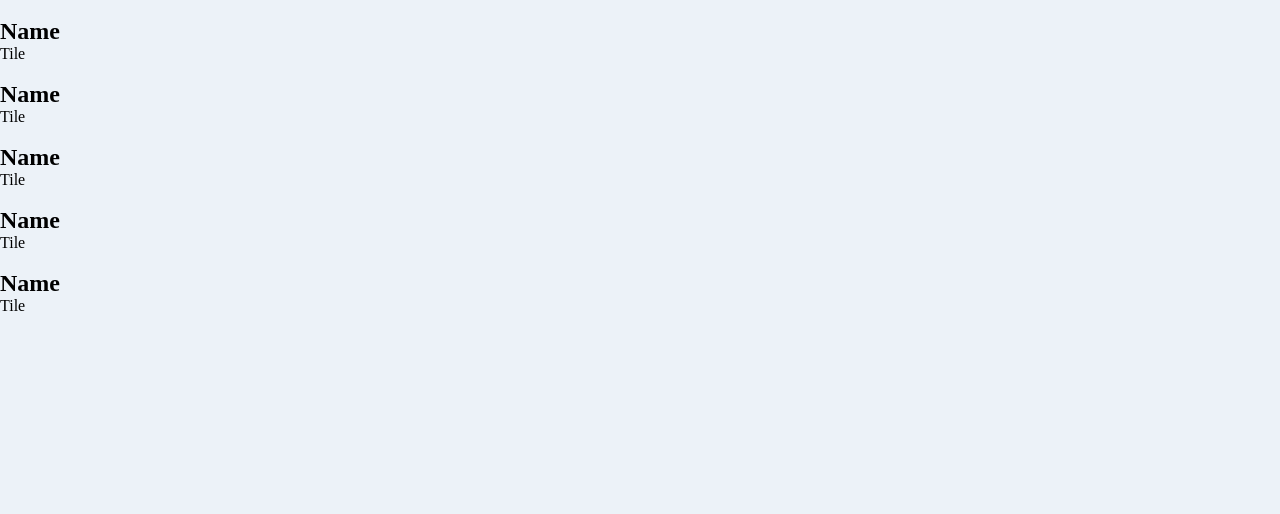
Repository: brandontaylor1/testimonial-card
Page: index.html
An editor plug-in stored every save of this project. The page is shown before and after the next save, followed by the edit.
The browser window is 1280 px wide. The pictures show the whole page.

Above is the page before, as saved 2025-01-10 22:25:29.

After the next save:
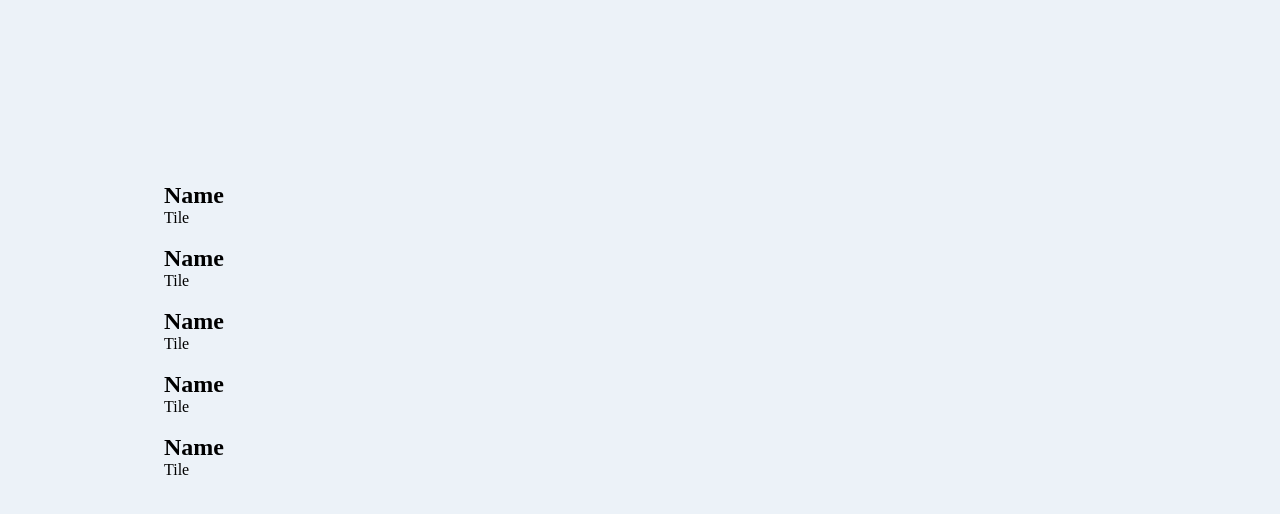
Saved 3 min 34 s later.
--- a/styles.css
+++ b/styles.css
@@ -17,4 +17,5 @@
 
 body {
     background-color: #ECF2F8;
+    padding: 164px
 }
